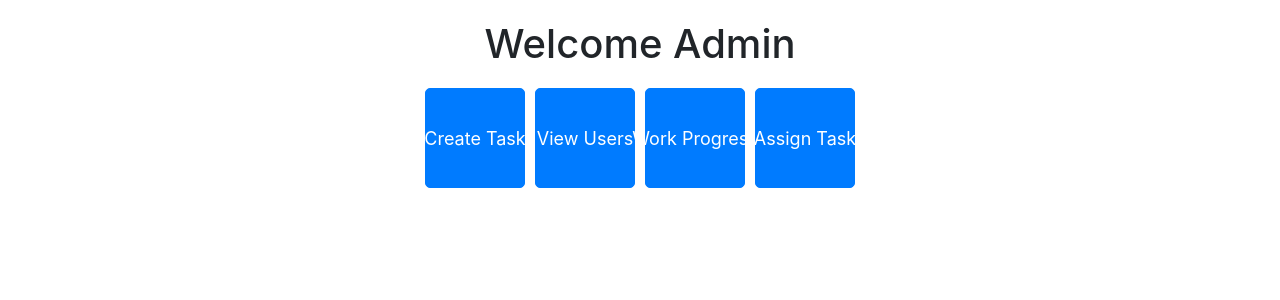
Repository: neha-rouniyar/taskmgmt
Page: http://localhost/admin-dashboard
An editor plug-in stored every save of this project. The page is shown before and after the next save, followed by the edit.
The browser window is 1280 px wide. The pictures show the whole page.
Some web libraries are served in a nearby version. The page is served by the project's Laravel application, run on PHP 8.4 with Laravel 10. Other server files are loaded and not shown.

Above is the page before, as saved 2023-12-15 23:57:14.

### routes/web.php
<?php

use App\Http\Controllers\AdminController;
use App\Http\Controllers\AssignTaskController;
use Illuminate\Support\Facades\Route;
use App\Http\Controllers\LoginController;
use App\Models\AssignTask;

/*
|--------------------------------------------------------------------------
| Web Routes
|--------------------------------------------------------------------------
|
| Here is where you can register web routes for your application. These
| routes are loaded by the RouteServiceProvider and all of them will
| be assigned to the "web" middleware group. Make something great!
|
*/

Route::get('/', function () {
    return view('welcome');
});
Route::get('/login-form',[LoginController::class,'index'])->name('login.form');
Route::post('/login-form-submit',[LoginController::class,'loginFormSubmit'])->name('login.form.submit');




Route::get('/register-form',[LoginController::class,'index2'])->name('register.form');
Route::post('/register-form-submit',[LoginController::class,'registerFormSubmit'])->name('register.form.submit');


//user dashboard
Route::get('/user-dashboard',[LoginController::class,'userDashboard'])->name('user.dashboard');
Route::get('/admin-dashboard',[LoginController::class,'adminDashboard'])->name('admin.dashboard');


//admin
Route::get('/admin/view-users',[AdminController::class,'viewUsers'])->name('admin.view.users');
Route::get('/admin/create-task',[AdminController::class,'createTask'])->name('admin.create.task');
Route::get('/admin/view-work-progress',[AdminController::class,'viewWorkProgress'])->name('admin.view.workprogress');

//admin-task
Route::post('/admin/task-submit',[AdminController::class,'taskSubmit'])->name('admin.task.submit');
Route::get('/admin/edit-task/{id}',[AdminController::class,'taskEdit'])->name('task.edit');
Route::post('/admin/update-task/{id}',[AdminController::class,'taskUpdate'])->name('task.update');
Route::get('/admin/delete-task/{id}',[AdminController::class,'taskDelete'])->name('task.delete');
Route::get('/admin/task-assign',[AdminController::class,'taskAssign'])->name('admin.task.assign');
Route::post('/admin/task-assign-submit',[AdminController::class,'taskAssignSubmit'])->name('admin.task.assign.submit');




//user-task
Route::get('/user-view-assgned-task',[AssignTaskController::class,'viewTaskAssigned'])->name('user.view.assigned.task');
Route::get('/verify-email/{token}',[AdminController::class,'verifyEmail'])->name('verify.email');


Route::get('/user/accept-task/{id}',[AssignTaskController::class,'acceptTask'])->name('accept.task');
Route::get('/user/reject-task/{id}',[AssignTaskController::class,'rejectTask'])->name('reject.task');
Route::get('/user/task-complete/{id}',[AssignTaskController::class,'completeTask'])->name('task.complete');

### app/Http/Controllers/LoginController.php
<?php

namespace App\Http\Controllers;

use App\Mail\EmailView;
use App\Models\AssignTask;
use App\Models\EmailVerification;
use App\Models\Login;
use App\Models\User;
use Carbon\Carbon;
use Illuminate\Http\Request;
use Illuminate\Support\Facades\Auth;
use Illuminate\Support\Facades\Hash;
use Illuminate\Support\Facades\Mail;
use Psy\CodeCleaner\ReturnTypePass;

use function Ramsey\Uuid\v1;

class LoginController extends Controller
{
    public function index()
    {
        return view('loginform');
    }
    public function index2()
    {
        return view('registerform');
    }
    public function registerFormSubmit(Request $request)
    {
        $data=$request->validate([
            'email'=>'required',
            'username'=>'required',
            'password'=>'required'

        ]);
        $datas=new User();
        $datas->email=$data['email'];
        $datas->password=Hash::make($request->password);
        $datas->username=$data['username'];
        $datas->usertype='regular';
        $token=rand();
        $userEmail=$datas->email;
        // dd($userEmail);
        $datas->token=$token;
        Mail::to($userEmail)->send(new EmailView($token));
        $datas->save();

        $emailVerification=new EmailVerification();

        $emailVerification->user_id=$datas->id;
        $emailVerification->token =$token;
            $current = Carbon::now();
            $tokenExpiry = $current->addHours(24);
            $emailVerification->expiry_at=$tokenExpiry;
            $emailVerification->save();
        return back()->with('msg','User Registered Successfully. We have sent you an email');
    }
    public function loginFormSubmit(Request $request)
    {
        $credentials = $request->only('email', 'password');
        if (Auth::attempt($credentials)) {

            if(Auth::user()->usertype == 'admin')
            {
                return redirect()->route('admin.dashboard');
            }elseif(Auth::user()->usertype == 'regular')
            {
                if(Auth::user()->status == 1){
                    return redirect()->route('user.dashboard');
                }elseif(Auth::user()->status != 1){
                    return redirect()->route('login.form')->with('status','You have not been verified. Please check your email to verify yourself ');
                }
             }
        }else{
            return redirect()->route('login.form')->with('fail', 'Invalid Email or Password.');
        }
        return redirect()->route('register.form')->with('message', 'Please register to access.');
    }
   public function userDashboard(Request $request)
   {
      $user=Auth::user();
      $userId=$user->id;
      $userDetails=User::with('assignedTasks.task')->find($userId);
    //   $user->assignedTasks;
      $assignedTask=$user->assignedTasks;
    //   dd($assignedTask);
    //   dd($assignedTask);
    //   dd($assignedTask);
    //   $assignedTask=$user->assignTask->assignedTask;
    //   dd($assignedTask);
    //   $assignedTask=User::with('assignedTasks')->where('user_id',$userId)->get();
    //   dd($assignedTask);
    //   dd($user->id);
      return view('user.dashboard',compact('user','assignedTask'));
   }
   public function adminDashboard(Request $request)
   {
      return view('admin.dashboard');
   }
}

### resources/views/admin/dashboard.blade.php
<!DOCTYPE html>
<html lang="en">
<head>
    <!-- Required meta tags -->
    <meta charset="utf-8">
    <meta name="viewport" content="width=device-width, initial-scale=1, shrink-to-fit=no">

    <!-- Bootstrap CSS -->
    <link rel="stylesheet" href="https://cdn.jsdelivr.net/npm/bootstrap@4.0.0/dist/css/bootstrap.min.css" integrity="sha384-Gn5384xqQ1aoWXA+058RXPxPg6fy4IWvTNh0E263XmFcJlSAwiGgFAW/dAiS6JXm" crossorigin="anonymous">
    <style>
        body {
            padding: 20px;
        }

        h1 {
            margin-bottom: 20px;
        }

        .btn-container {
            display: flex;
            flex-direction: row;
            gap: 10px;
            justify-content: center;
        }

        .btn-container a {
            text-decoration: none;
        }

        .btn {
            width: 100px;
            height: 100px;
            border: 1px solid #007bff;
            background-color: #007bff;
            color: #fff;
            border-radius: 5%;
            transition: background-color 0.3s, color 0.3s;
            display: flex;
            align-items: center;
            justify-content: center;
            font-size: 18px;
        }

        .btn:hover {
            background-color: #0056b3;
        }
    </style>
    <title>Hello, world!</title>
</head>
<body>
    <div class="container text-center">
        <h1>Welcome Admin</h1>
        <div class="btn-container">
            <a href="{{route('admin.create.task')}}">
                <button type="button" class="btn btn-primary">Create Task</button>
            </a>
            <a href="{{route('admin.view.users')}}">
                <button type="button" class="btn btn-primary">View Users</button>
            </a>
            <a href="{{route('admin.view.workprogress')}}">
                <button type="button" class="btn btn-primary">Work Progress</button>
            </a>
            <a href="{{route('admin.task.assign')}}">
                <button type="button" class="btn btn-primary">Assign Task</button>
            </a>
        </div>
    </div>
    @yield('admin-content')
    <script src="https://code.jquery.com/jquery-3.2.1.slim.min.js" integrity="sha384-KJ3o2DKtIkvYIK3UENzmM7KCkRr/rE9/Qpg6aAZGJwFDMVNA/GpGFF93hXpG5KkN" crossorigin="anonymous"></script>
    <script src="https://cdn.jsdelivr.net/npm/popper.js@1.12.9/dist/umd/popper.min.js" integrity="sha384-ApNbgh9B+Y1QKtv3Rn7W3mgPxhU9K/ScQsAP7hUibX39j7fakFPskvXusvfa0b4Q" crossorigin="anonymous"></script>
    <script src="https://cdn.jsdelivr.net/npm/bootstrap@4.0.0/dist/js/bootstrap.min.js" integrity="sha384-JZR6Spejh4U02d8jOt6vLEHfe/JQGiRRSQQxSfFWpi1MquVdAyjUar5+76PVCmYl" crossorigin="anonymous"></script>
</body>
</html>

Loaded but not shown: app/Http/Controllers/Controller.php (common file)

After the next save:
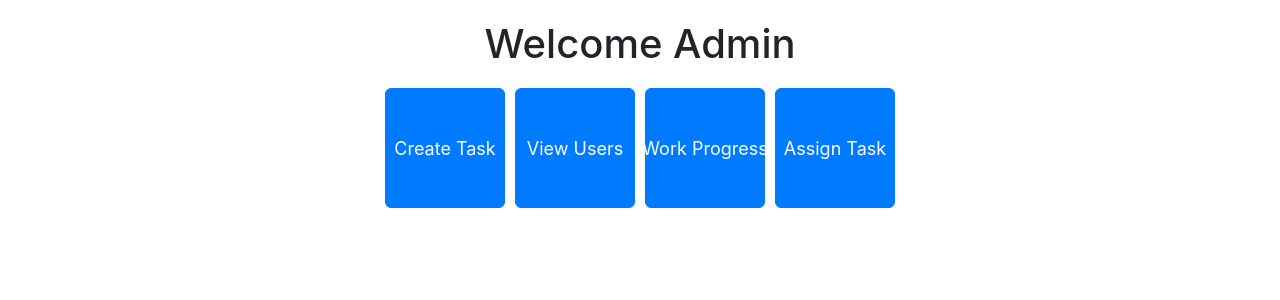
Saved 7 s later.
--- a/resources/views/admin/dashboard.blade.php
+++ b/resources/views/admin/dashboard.blade.php
@@ -28,8 +28,8 @@
         }
 
         .btn {
-            width: 100px;
-            height: 100px;
+            width: 120px;
+            height: 120px;
             border: 1px solid #007bff;
             background-color: #007bff;
             color: #fff;
